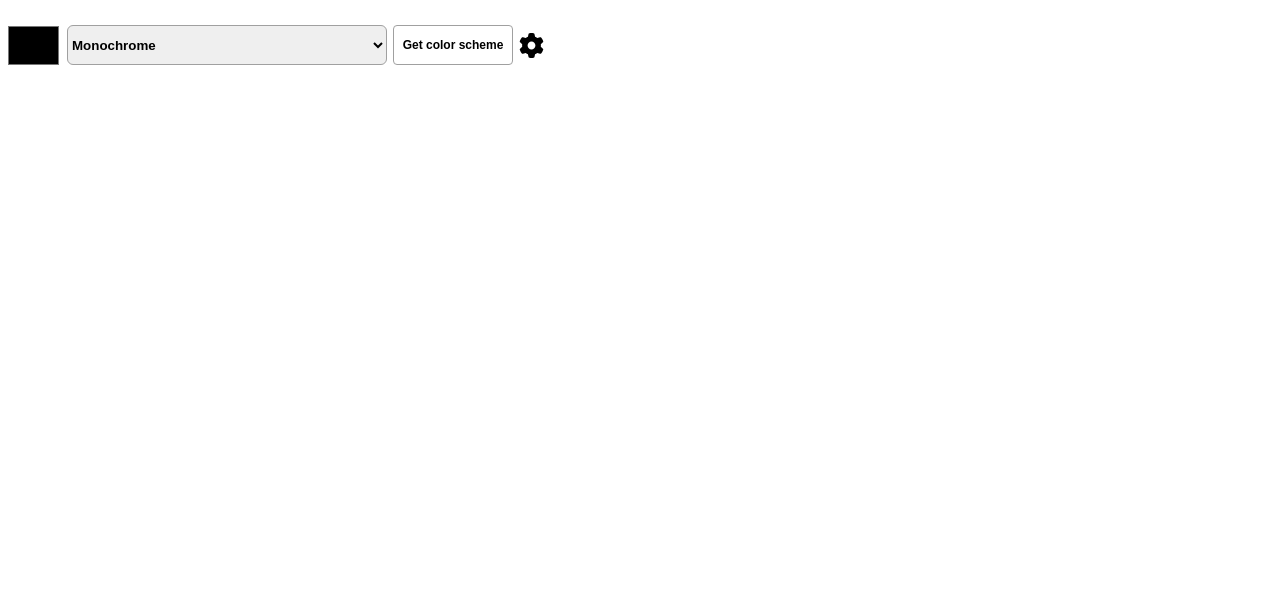
Repository: RadziSzop/colorPicker
Page: index.html
The author's editor kept a copy of each file at every save. The page is drawn from the files as they stood at one save, then again after the next save.
The browser window is 1280 px wide. The pictures show the whole page.

Above is the page before, as saved 2022-03-04 22:55:39.

After the next save:
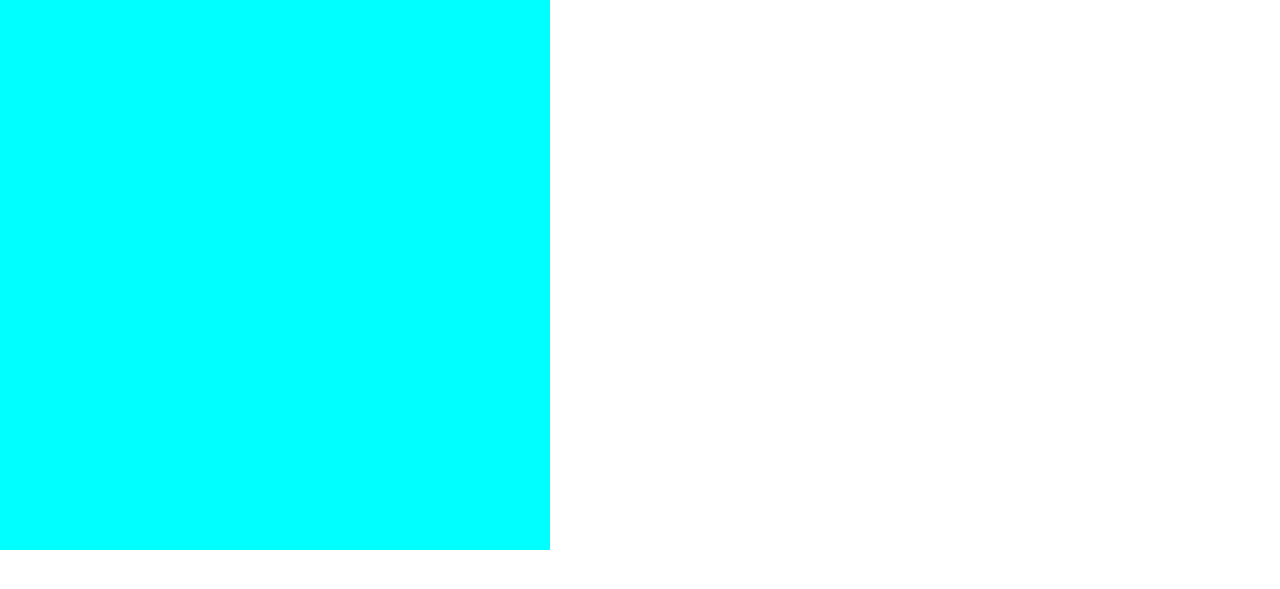
Saved 5 s later.
--- a/index.html
+++ b/index.html
@@ -16,7 +16,7 @@
   <body>
     <!-- <p id="test">ok</p> -->
     <div class="container">
-      <!-- <div class="modal"></div> -->
+      <div class="modal"></div>
       <div class="main">
         <input type="color" id="color-picker" />
         <select id="menu">

After the save that followed:
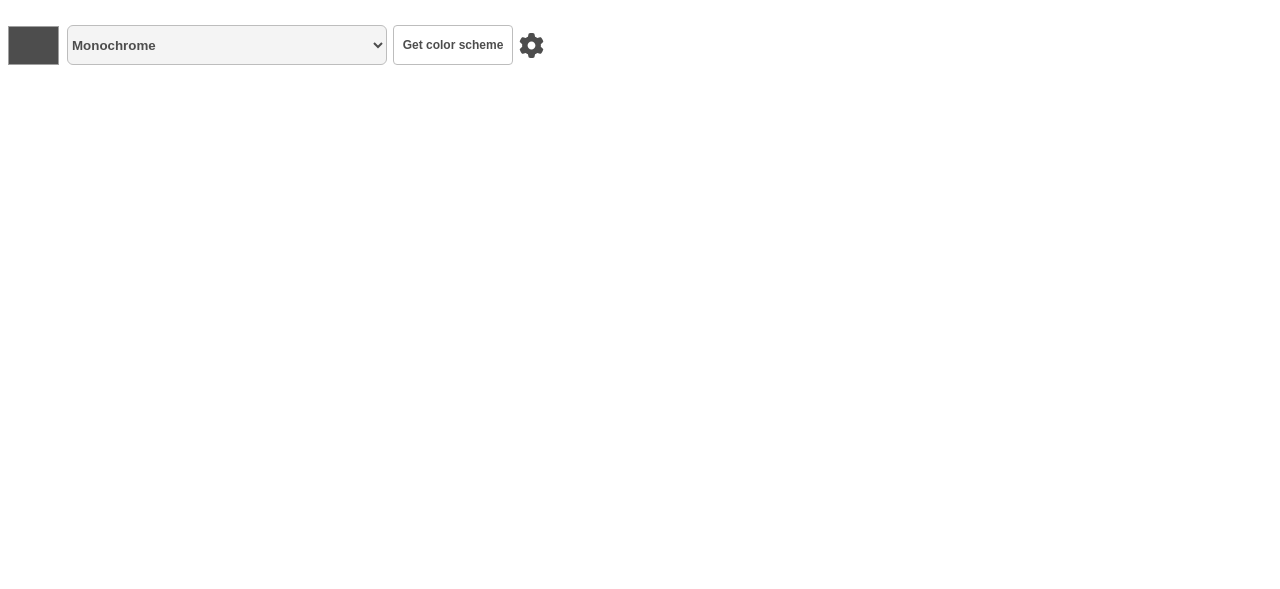
Saved 37 s later.
--- a/style.css
+++ b/style.css
@@ -99,5 +99,5 @@
   position: fixed;
   height: 550px;
   width: 550px;
-  background-color: aqua;
+  background-color: rgba(255, 255, 255, 0.3);
 }
